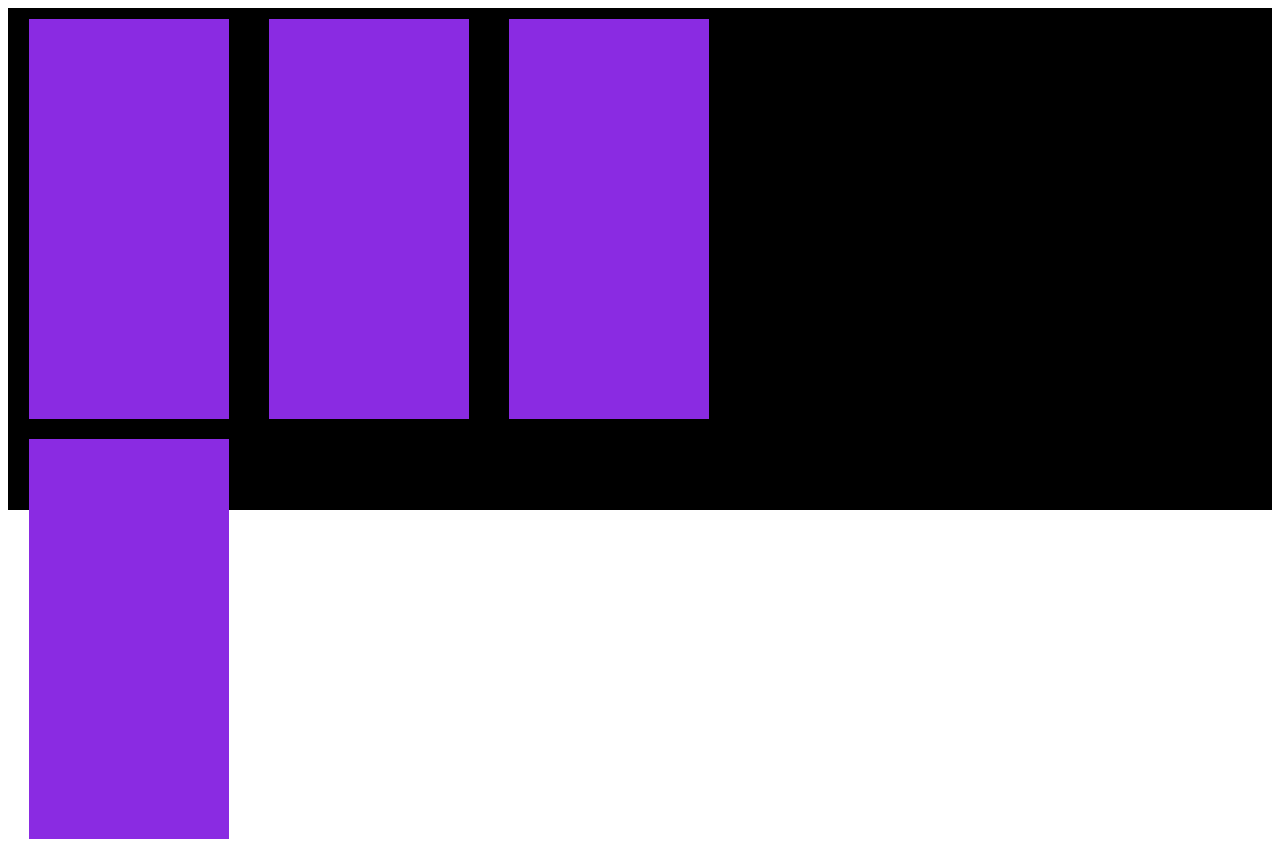
Repository: TheBestBadGuy0228/code
Page: 清除浮动.html
The author's editor kept a copy of each file at every save. The page is drawn from the files as they stood at one save, then again after the next save.
The browser window is 1280 px wide. The pictures show the whole page.

Above is the page before, as saved 2021-12-09 14:05:02.

### 清除浮动.html
<!-- /*
 * @Author: Xiao
 * @Date: 2021-12-09 13:39:08
 * @Last Modified by:   Xiao
 * @Last Modified time: 2021-12-09 13:39:08
 */ -->
<!DOCTYPE html>
<html lang="zh-CN">
<head>
    <meta charset="UTF-8">
    <meta http-equiv="X-UA-Compatible" content="IE=edge">
    <meta name="viewport" content="width=device-width, initial-scale=1.0">
    <title>清除浮动</title>
    <style>
        .test {
            width: auto;
            background-color: yellowgreen;
            border: 1px solid;
        }

        .test2 {
            width: auto;
            height: 500px;
            background-color: black;
        }

        .test div {
            float: left;
            width: 200px;
            height: 400px;
            background-color: blueviolet;
            margin: 10px 20px;
        }

        /* 清除浮动一额外标签法
额外标签法也称为隔墙法，是W3C推荐的做法。
额外标签法会在浮动元素末尾添加一个空的标签。
例如<div style=”clear：both”></div>，或者其他标签（如<br/>等）。
优点：通俗易懂，书写方便
缺点：添加许多无意义的标签，结构化较差
! 注意：要求这个新的空标签必须是块级元素。
*/
        .test .clear {
            clear: both;
        }
    </style>
</head>
<body>
    <!--为什么需要清除浮动？
由于父级盒子很多情况下，不方便给高度，但是子盒子浮动又不占有位置，最后父级盒子高度为时，就会影响下面的标准流盒子。
由于浮动元素不再占用原文档流的位置，所以它会对后面的元素排版产生影响

清除浮动的本质是清除浮动元素造成的影响
如果父盒子本身有高度，则不需要清除浮动
清除浮动之后，父级就会根据浮动的子盒子自动检测高度。父级有了高度，就不会影响下面的标准流了

语法：
选择器{clear：属性值；}
属性值                      描述

left                不允许左侧有浮动元素（清除左侧浮动的影响）

right               不允许右侧有浮动元素（清除右侧浮动的影响）

both                同时清除左右两侧浮动的影响

我们实际工作中，几乎只用clear：both；

清除浮动的策略是：闭合浮动.

! 清除浮动方法
    1.额外标签法也称为隔墙法，是W3C推荐的做法。
    2.父级添加overflow属性
    3.父级添加after伪元素
    4.父级添加双伪元素

-->
    <div class="test">
        <div class="son1"></div>
        <div class="son2"></div>
        <div class="son3"></div>
        <div class="clear"></div>
    </div>
    <div class="test2"></div>
</body>
</html>

After the next save:
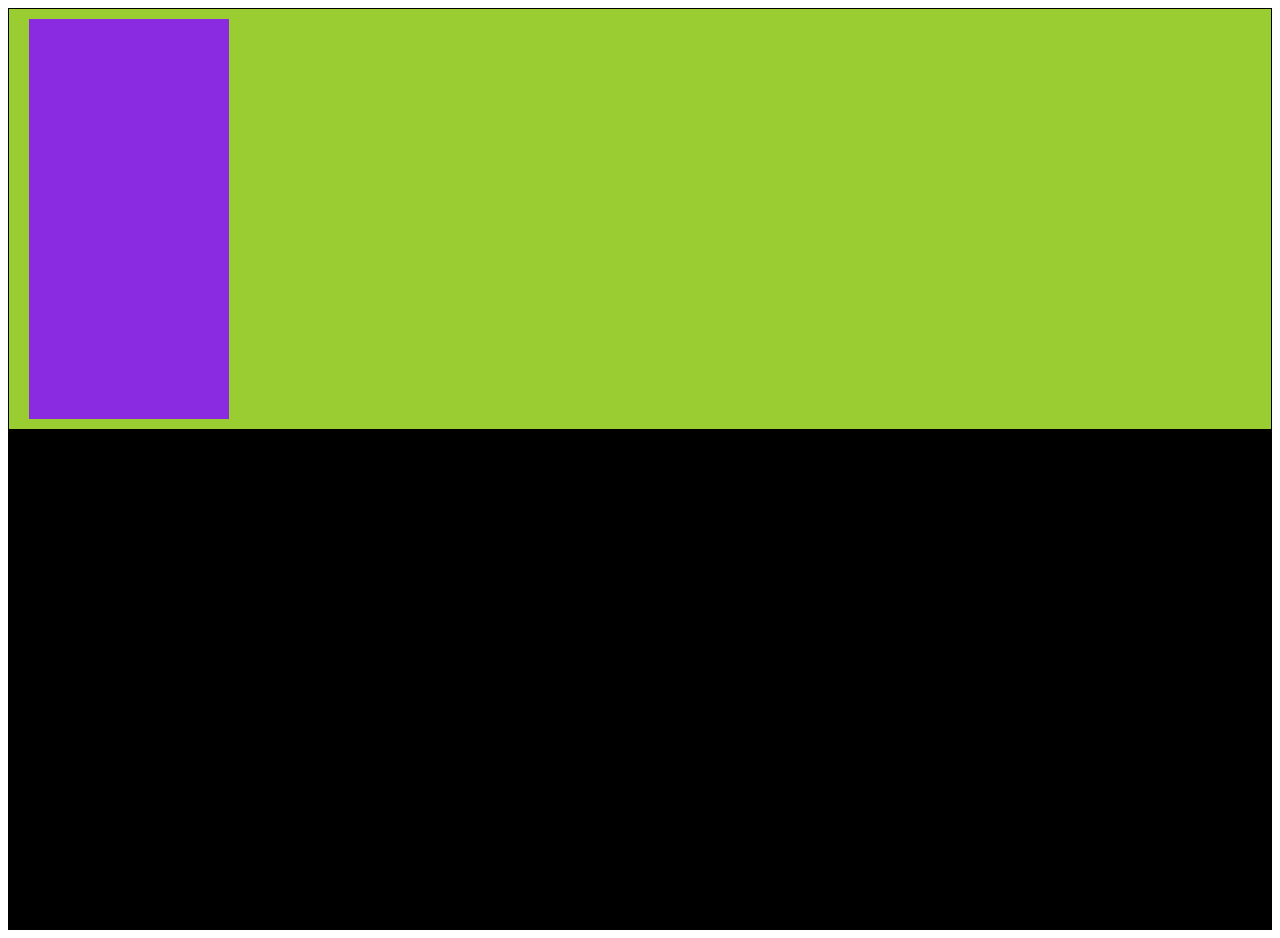
Saved 49 s later.
--- a/清除浮动.html
+++ b/清除浮动.html
@@ -24,13 +24,21 @@
             background-color: black;
         }
 
-        .test div {
+        /* .test div {
+            float: left;
+            width: 200px;
+            height: 400px;
+            background-color: blueviolet;
+            margin: 10px 20px;
+        } */
+        .son1 {
             float: left;
             width: 200px;
             height: 400px;
             background-color: blueviolet;
             margin: 10px 20px;
         }
+
 
         /* 清除浮动一额外标签法
 额外标签法也称为隔墙法，是W3C推荐的做法。
@@ -77,8 +85,8 @@ both                同时清除左右两侧浮动的影响
 -->
     <div class="test">
         <div class="son1"></div>
-        <div class="son2"></div>
-        <div class="son3"></div>
+        <!-- <div class="son2"></div> -->
+        <!-- <div class="son3"></div> -->
         <div class="clear"></div>
     </div>
     <div class="test2"></div>
